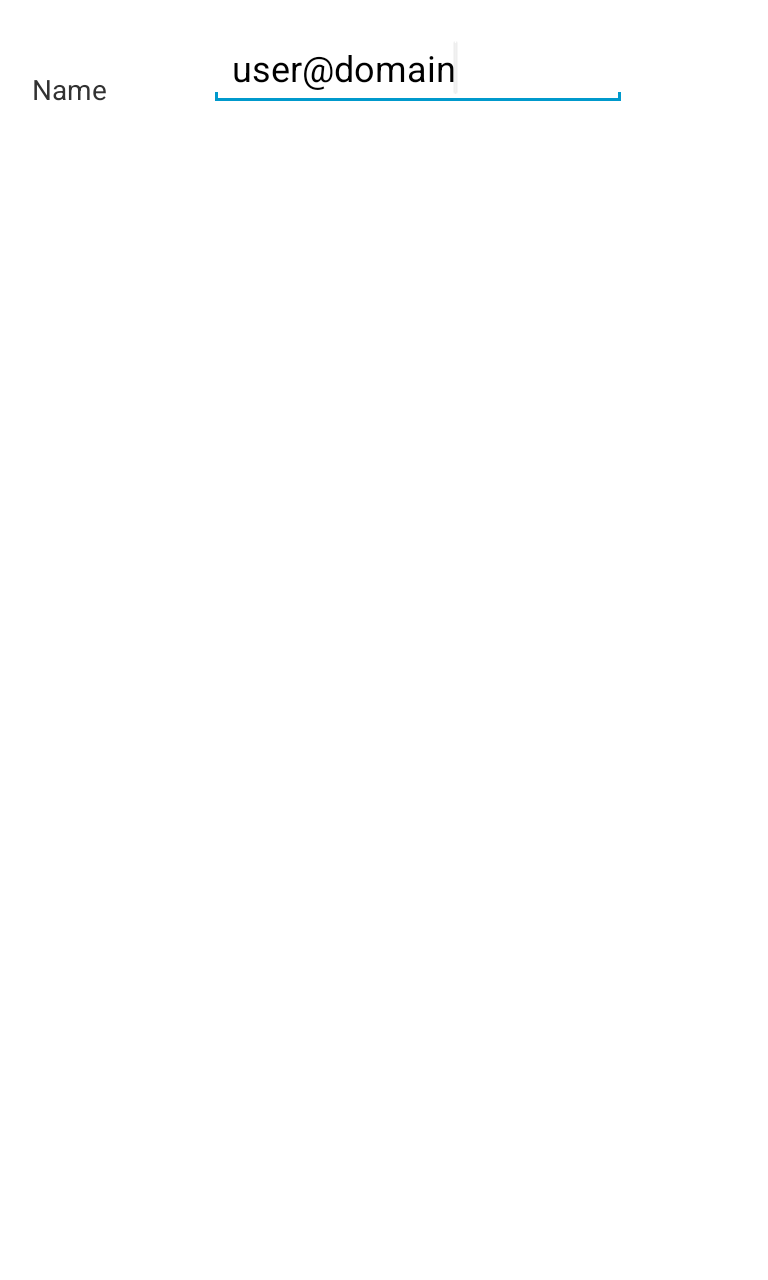
Repository: srikraj8341/srikanthrepo
Layout: android/MyFirstApp/res/layout/activity_main.xml
An editor plug-in stored every save of this project. The layout is shown before and after the next save, followed by the edit.
It is drawn on a 768 x 1280 px phone screen (xhdpi) without system bars, with theme AppTheme; the app's code is not run.

Above is the layout before, as saved 2012-09-22 06:19:21.

After the next save:
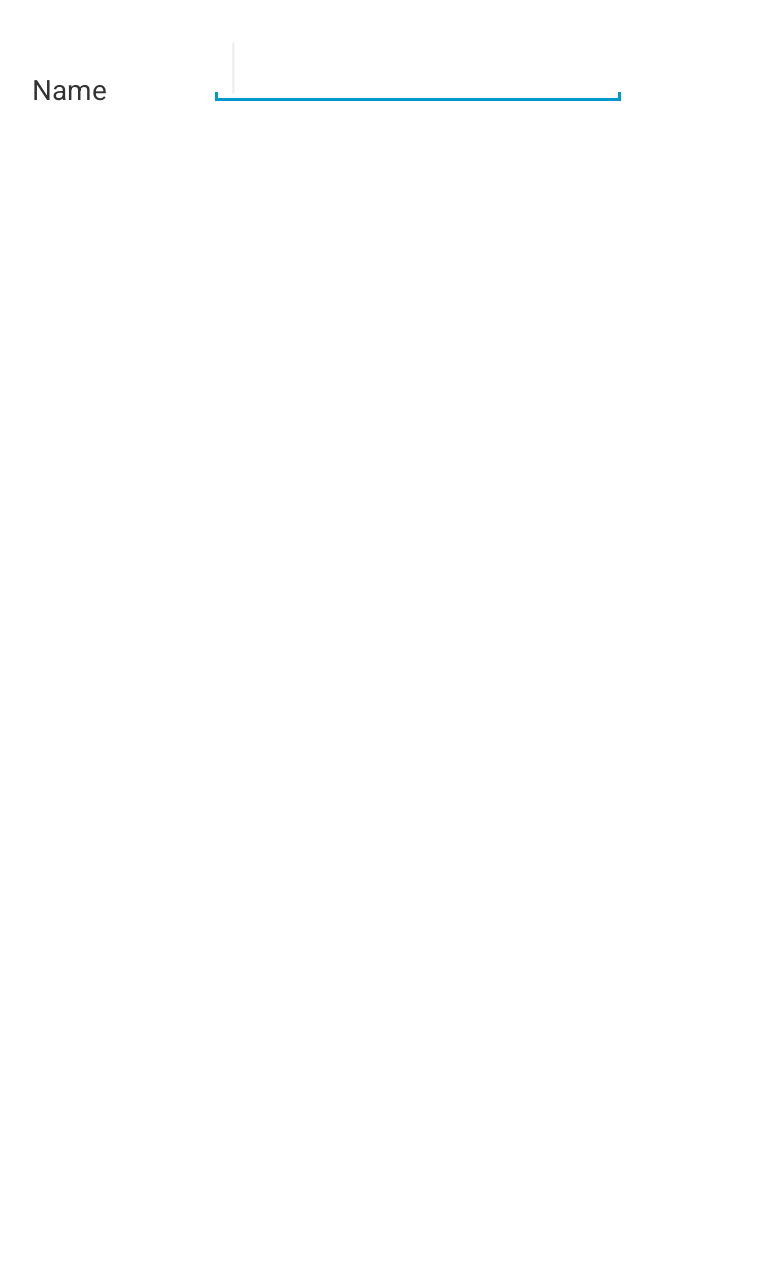
Saved 11 s later.
--- a/android/MyFirstApp/res/layout/activity_main.xml
+++ b/android/MyFirstApp/res/layout/activity_main.xml
@@ -22,7 +22,7 @@
         android:layout_alignLeft="@+id/textView3"
         android:layout_marginLeft="88dp"
         android:ems="10"
-        android:text="@string/textEmailAddress" >
+        android:inputType="textEmailAddress" >
 
         <requestFocus />
     </EditText>

After the save that followed:
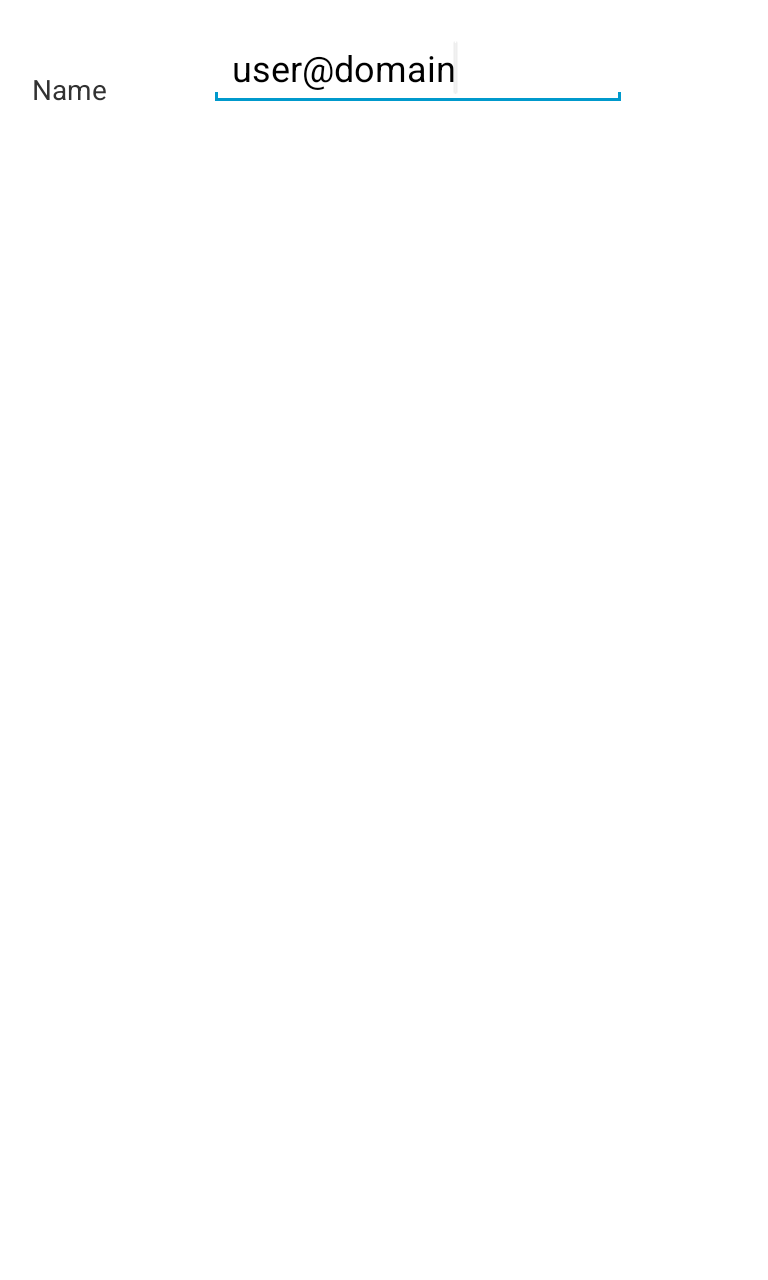
Saved 86 s later.
--- a/android/MyFirstApp/res/layout/activity_main.xml
+++ b/android/MyFirstApp/res/layout/activity_main.xml
@@ -22,7 +22,8 @@
         android:layout_alignLeft="@+id/textView3"
         android:layout_marginLeft="88dp"
         android:ems="10"
-        android:inputType="textEmailAddress" >
+        android:inputType="textEmailAddress"
+        android:text="@string/textEmailAddress" >
 
         <requestFocus />
     </EditText>
